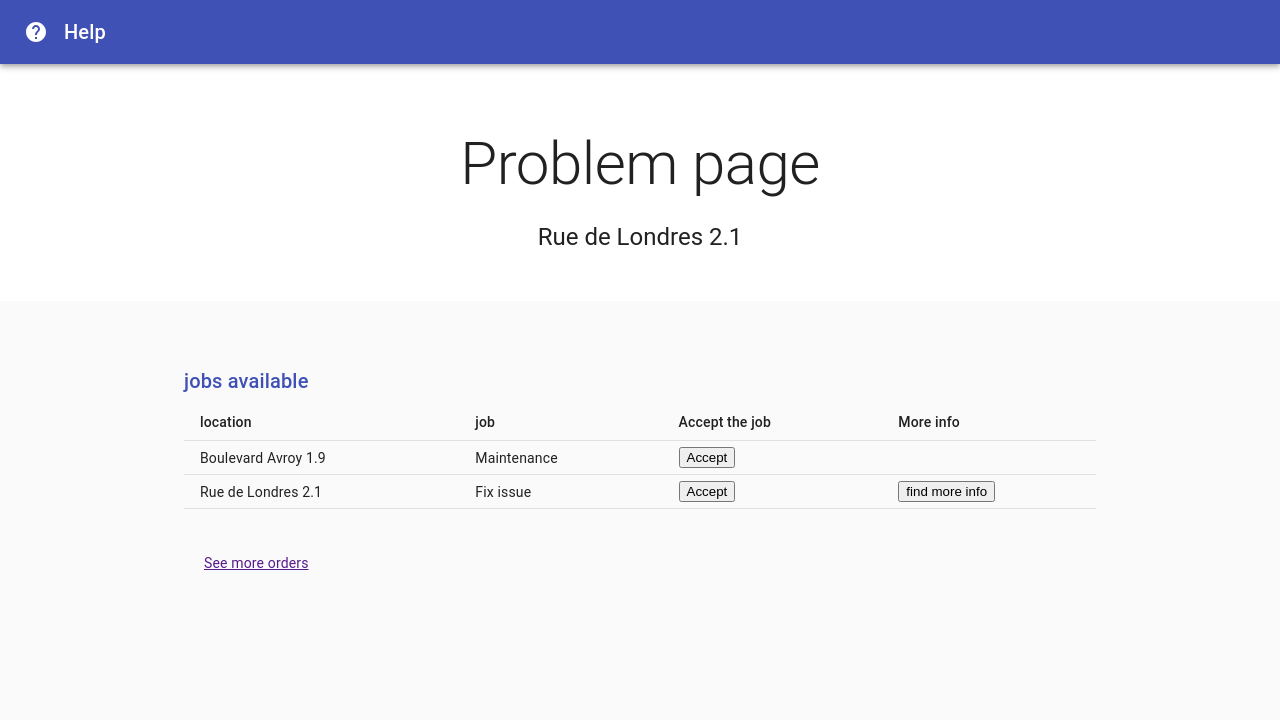
Repository: sapbrussels/intelligenthighway_webapp
Page: /Problempage (app in router/)
The author's editor kept a copy of each file at every save. The page is drawn from the files as they stood at one save, then again after the next save.
The browser window is 1280 px wide. The pictures show the whole page.
The project was rebuilt for these pictures with package versions that can differ from the ones it lists, and the page was loaded fresh each time. Also part of the build but not shown: router/src/App.css, router/src/Login.js, router/src/Maps.js, router/src/Jobspage.js, router/src/Direction.js, router/src/Maintenance.js, router/src/Help.js.

Above is the page before, as saved 2020-03-31 14:24:23.

### router/src/App.js
import React from 'react';
import {BrowserRouter, Route, Switch} from "react-router-dom";
import './App.css';
import Login from './Login';
import Jobspage from'./Jobspage';
import Maintenance from './Maintenance';
import Help from './Help';
import Problempage from './Problempage';

function App() {
  return (
    <BrowserRouter>
    <Switch>
     <Route path='/' exact component={Login}/>
     <Route path='/Jobspage' exact component={Jobspage}/>
     <Route path='/Maintenance' exact component={Maintenance}/>
     <Route path='/Help' exact component={Help}/>
     <Route path='/Problempage' exact component={Problempage}/>
     </Switch>
    </BrowserRouter>

  );
}

export default App;

### router/src/Problempage.js
import React from 'react';
import AppBar from '@material-ui/core/AppBar';
import Button from '@material-ui/core/Button';
import HelpIcon from '@material-ui/icons/Help';
import Card from '@material-ui/core/Card';
import { Link } from "react-router-dom";
import CardActions from '@material-ui/core/CardActions';
import CardContent from '@material-ui/core/CardContent';
import CardMedia from '@material-ui/core/CardMedia';
import CssBaseline from '@material-ui/core/CssBaseline';
import Grid from '@material-ui/core/Grid';
import Toolbar from '@material-ui/core/Toolbar';
import Typography from '@material-ui/core/Typography';
import { makeStyles } from '@material-ui/core/styles';
import Container from '@material-ui/core/Container';
import SensorData from './SensorData';


const useStyles = makeStyles((theme) => ({
  icon: {
    marginRight: theme.spacing(2),
  },
  heroContent: {
    backgroundColor: theme.palette.background.paper,
    padding: theme.spacing(8, 0, 6),
  },
  heroButtons: {
    marginTop: theme.spacing(4),
  },
  cardGrid: {
    paddingTop: theme.spacing(8),
    paddingBottom: theme.spacing(8),
  },
  card: {
    height: '100%',
    display: 'flex',
    flexDirection: 'column',

  },
  cardMedia: {
    paddingTop: '100%', // 16:9
  },
  cardContent: {
    flexGrow: 1,
  },
  footer: {
    backgroundColor: theme.palette.background.paper,
    padding: theme.spacing(6),
  },
}));



export default function Album() {
  const classes = useStyles();

  return (
    <React.Fragment>
      <CssBaseline />
      <AppBar position="relative">
        <Toolbar>
          <HelpIcon className={classes.icon} />
          <Typography variant="h6" color="inherit" noWrap>
            Help
          </Typography>
        </Toolbar>
      </AppBar>
      <main>
        {/* Hero unit */}
        <div className={classes.heroContent}>
          <Container maxWidth="sm">
            <Typography component="h1" variant="h2" align="center" color="textPrimary" gutterBottom>
              Problem page
            </Typography>

              <Grid container spacing={2} justify="center">
                <Grid item>
                <Typography variant="h5">
                 Rue de Londres 2.1
                </Typography>
                </Grid>
              </Grid>

          </Container>
        </div>
        <Container className={classes.cardGrid} maxWidth="md">
          {/* End hero unit */}
            <Grid container spacing={2}>
            <Grid item xs={12} >
                <SensorData/>
              </Grid>
            </Grid>
          </Container>
      </main>
    </React.Fragment>
  );
}

### router/src/listItems.js
import React from 'react';
import ListItem from '@material-ui/core/ListItem';
import ListItemIcon from '@material-ui/core/ListItemIcon';
import ListItemText from '@material-ui/core/ListItemText';
import DashboardIcon from '@material-ui/icons/Dashboard';
import ShoppingCartIcon from '@material-ui/icons/ShoppingCart';
import PeopleIcon from '@material-ui/icons/People';
import { Link } from "react-router-dom";

export const mainListItems = (
  <div>
        <ListItem >
          <ListItemIcon>
            <DashboardIcon />
          </ListItemIcon>
          <ListItemText  primary="jobs page" />
        </ListItem>
      <Link to='/Maintenance'>
          <ListItem button>
          <ListItemIcon>
            <ShoppingCartIcon />
          </ListItemIcon>
          <ListItemText primary="History" />
        </ListItem></Link>
      <Link to='/Help'>
          <ListItem button>
          <ListItemIcon>
            <PeopleIcon />
          </ListItemIcon>
          <ListItemText primary="help" />
        </ListItem></Link>
  </div>
);

### router/src/LightStatus.js
import React from 'react';
import Link from '@material-ui/core/Link';
import { makeStyles } from '@material-ui/core/styles';
import Table from '@material-ui/core/Table';
import TableBody from '@material-ui/core/TableBody';
import TableCell from '@material-ui/core/TableCell';
import TableHead from '@material-ui/core/TableHead';
import TableRow from '@material-ui/core/TableRow';
import Rectangle from 'react-rectangle';
import Title from './Title';



// Generate Order Data
function createData(id, street_light, status,light) {
  return { street_light, status, light};
}

const rows = [
  createData(0, 'Boulevard Avroy 1.9', 'ON', <Rectangle aspectRatio={[3,3]}>
  <div style={{ background: '#008000',  width: '40%', height: '40%' }} />
</Rectangle>),
  createData(1, 'Rue de Londres 2.1', 'OFF',<Rectangle aspectRatio={[3,3]}>
  <div style={{ background: '#FFFFFF', width: '40%', height: '40%' }} />
</Rectangle>),
  createData(2, 'Rue de Londres 2.3', 'X',<Rectangle aspectRatio={[3,3]}>
  <div style={{ background: '#FF0000', width: '40%', height: '40%' }} />
</Rectangle>),
];

function preventDefault(event) {
  event.preventDefault();
}

const useStyles = makeStyles((theme) => ({
  seeMore: {
    marginTop: theme.spacing(3),
    padding: '20px',
    borderRadius:'10px',
  },
}));

export default function LightStatus() {
  const classes = useStyles();
  return (
    <React.Fragment>
      <Title>Light status</Title>
      <Table size="small">
        <TableHead>
          <TableRow>
            <TableCell>street light</TableCell>
            <TableCell>status</TableCell>
            <TableCell></TableCell>
          </TableRow>
        </TableHead>
        <TableBody>
          {rows.map((row) => (
            <TableRow key={row.id}>
              <TableCell>{row.street_light}</TableCell>
              <TableCell> {row.status}</TableCell>
              <TableCell> {row.light}</TableCell>
            </TableRow>
          ))}
        </TableBody>
      </Table>
      <div className={classes.seeMore}>
        <Link color="primary" href="#" onClick={preventDefault}>
          See more lights
        </Link>
      </div>
    </React.Fragment>
  );
}

### router/src/Jobslist.js
import React from 'react';
import {Link} from 'react-router-dom';
import { makeStyles } from '@material-ui/core/styles';
import Table from '@material-ui/core/Table';
import TableBody from '@material-ui/core/TableBody';
import TableCell from '@material-ui/core/TableCell';
import TableHead from '@material-ui/core/TableHead';
import TableRow from '@material-ui/core/TableRow';
import Title from './Title';

// Generate Order Data
function createData(id, location, job, accept, info) {
  return { id, location, job, accept, info };
}

const rows = [
    createData(0, 'Boulevard Avroy 1.9', 'Maintenance',<Link to="/Maintenance"><button>Accept</button></Link>),
    createData(1, 'Rue de Londres 2.1', 'Fix issue',<button>Accept</button>, <Link to="/Problempage"><button>find more info</button></Link>),
];

function preventDefault(event) {
  event.preventDefault();
}

const useStyles = makeStyles((theme) => ({
  seeMore: {
    marginTop: theme.spacing(3),
    padding: '20px',
    borderRadius:'10px',
  },
}));

    export default function Jobslist() {
    const classes = useStyles();
    return (
        <React.Fragment>
        <Title>jobs available</Title>
        <Table size="small">
            <TableHead>
            <TableRow>
                <TableCell>location</TableCell>
                <TableCell>job</TableCell>
                <TableCell>Accept the job</TableCell>
                <TableCell>More info</TableCell>
            </TableRow>
            </TableHead>
            <TableBody>
            {rows.map((row) => (
                <TableRow key={row.id}>
                <TableCell>{row.location}</TableCell>
                <TableCell>{row.job}</TableCell>
                <TableCell>{row.accept}</TableCell>
                <TableCell>{row.info}</TableCell>
                </TableRow>
            ))}
            </TableBody>
        </Table>
        <div className={classes.seeMore}>
            <Link color="primary" href="#" onClick={preventDefault}>
            See more orders
            </Link>
        </div>
        </React.Fragment>
    );
}

### router/src/Checklist.js
import React from 'react';
import Link from '@material-ui/core/Link';
import { makeStyles } from '@material-ui/core/styles';
import Table from '@material-ui/core/Table';
import TableBody from '@material-ui/core/TableBody';
import TableCell from '@material-ui/core/TableCell';
import TableHead from '@material-ui/core/TableHead';
import TableRow from '@material-ui/core/TableRow';
import Title from './Title';
import { Checkbox } from '@material-ui/core';

// Generate Order Data
function createData(id, check, tasks) {
  return { id, check, tasks };
}

const rows = [
  createData(0, <Checkbox></Checkbox>,'Turn all switches OFF & ON to stop dust build up'),
  createData(1, <Checkbox></Checkbox>,'turn all circuit-breakers OFF and reset'),
  createData(2, <Checkbox></Checkbox>,'Check for high resistance joints'),
  createData(3, <Checkbox></Checkbox>,'clean PE cell faces then cover to test functionnality'),
  createData(4, <Checkbox></Checkbox>,'check MEN and earthing'),
  createData(0, <Checkbox></Checkbox>,'Luminaire cleaning and inspection'),
  createData(1, <Checkbox></Checkbox>,'Inspect for any sign of vermin damage in the cabinet'),
  createData(2, <Checkbox></Checkbox>,'Remove grafitit on cabinet'),
  createData(3, <Checkbox></Checkbox>,'Trim all trees that interfere with solar-panels and light output of lulinaires'),
  createData(4, <Checkbox></Checkbox>,'Check all support structures for their integreties'),
  createData(3, <Checkbox></Checkbox>,'Installation, maintenance and replacement of post indentification label'),
  createData(4, <Checkbox></Checkbox>,'Installation, maintenace and replacement of supply point indentification labels'),
];


const useStyles = makeStyles((theme) => ({
  seeMore: {
    marginTop: theme.spacing(3),

  },
}));

export default function Orders() {
  const classes = useStyles();
  return (
    <React.Fragment>
      <Title>Maintenance checklist</Title>
      <Table size="small">
        <TableHead>
          <TableRow>
            <TableCell></TableCell>
            <TableCell>tasks</TableCell>

          </TableRow>
        </TableHead>
        <TableBody>
          {rows.map((row) => (
            <TableRow key={row.id}>
              <TableCell>{row.check}</TableCell>
              <TableCell>{row.tasks}</TableCell>
            </TableRow>
          ))}
        </TableBody>
      </Table>
      <div className={classes.seeMore}>
        <Link><button>Finished</button></Link>
      </div>
    </React.Fragment>
  );
}

### router/src/SensorData.js
import React from 'react';
import {Link} from 'react-router-dom';
import { makeStyles } from '@material-ui/core/styles';
import Table from '@material-ui/core/Table';
import TableBody from '@material-ui/core/TableBody';
import TableCell from '@material-ui/core/TableCell';
import TableHead from '@material-ui/core/TableHead';
import TableRow from '@material-ui/core/TableRow';
import Title from './Title';

// Generate Order Data
function createData(id, location, job, accept, info) {
  return { id, location, job, accept, info };
}

const rows = [
    createData(0, 'Boulevard Avroy 1.9', 'Maintenance',<Link to="/Maintenance"><button>Accept</button></Link>),
    createData(1, 'Rue de Londres 2.1', 'Fix issue',<button>Accept</button>, <Link to="/Problempage"><button>find more info</button></Link>),
];

function preventDefault(event) {
  event.preventDefault();
}

const useStyles = makeStyles((theme) => ({
  seeMore: {
    marginTop: theme.spacing(3),
    padding: '20px',
    borderRadius:'10px',
  },
}));

    export default function Jobslist() {
    const classes = useStyles();
    return (
        <React.Fragment>
        <Title>jobs available</Title>
        <Table size="small">
            <TableHead>
            <TableRow>
                <TableCell>location</TableCell>
                <TableCell>job</TableCell>
                <TableCell>Accept the job</TableCell>
                <TableCell>More info</TableCell>
            </TableRow>
            </TableHead>
            <TableBody>
            {rows.map((row) => (
                <TableRow key={row.id}>
                <TableCell>{row.location}</TableCell>
                <TableCell>{row.job}</TableCell>
                <TableCell>{row.accept}</TableCell>
                <TableCell>{row.info}</TableCell>
                </TableRow>
            ))}
            </TableBody>
        </Table>
        <div className={classes.seeMore}>
            <Link color="primary" href="#" onClick={preventDefault}>
            See more orders
            </Link>
        </div>
        </React.Fragment>
    );
}

### router/src/CommunityData.js
import React from 'react';
import {Link} from 'react-router-dom';
import { makeStyles } from '@material-ui/core/styles';
import Table from '@material-ui/core/Table';
import TableBody from '@material-ui/core/TableBody';
import TableCell from '@material-ui/core/TableCell';
import TableHead from '@material-ui/core/TableHead';
import TableRow from '@material-ui/core/TableRow';
import Title from './Title';

// Generate Order Data
function createData(id, location, job, accept, info) {
  return { id, location, job, accept, info };
}

const rows = [
    createData(0, 'Boulevard Avroy 1.9', 'Maintenance',<Link to="/Maintenance"><button>Accept</button></Link>),
    createData(1, 'Rue de Londres 2.1', 'Fix issue',<button>Accept</button>, <Link to="/Problempage"><button>find more info</button></Link>),
];

function preventDefault(event) {
  event.preventDefault();
}

const useStyles = makeStyles((theme) => ({
  seeMore: {
    marginTop: theme.spacing(3),
    padding: '20px',
    borderRadius:'10px',
  },
}));

    export default function Jobslist() {
    const classes = useStyles();
    return (
        <React.Fragment>
        <Title>jobs available</Title>
        <Table size="small">
            <TableHead>
            <TableRow>
                <TableCell>location</TableCell>
                <TableCell>job</TableCell>
                <TableCell>Accept the job</TableCell>
                <TableCell>More info</TableCell>
            </TableRow>
            </TableHead>
            <TableBody>
            {rows.map((row) => (
                <TableRow key={row.id}>
                <TableCell>{row.location}</TableCell>
                <TableCell>{row.job}</TableCell>
                <TableCell>{row.accept}</TableCell>
                <TableCell>{row.info}</TableCell>
                </TableRow>
            ))}
            </TableBody>
        </Table>
        <div className={classes.seeMore}>
            <Link color="primary" href="#" onClick={preventDefault}>
            See more orders
            </Link>
        </div>
        </React.Fragment>
    );
}

Loaded but not shown: router/public/index.html (common file); router/src/index.js (common file); router/src/index.css (common file); router/src/serviceWorker.js (common file); router/src/Title.js (common file)

After the next save:
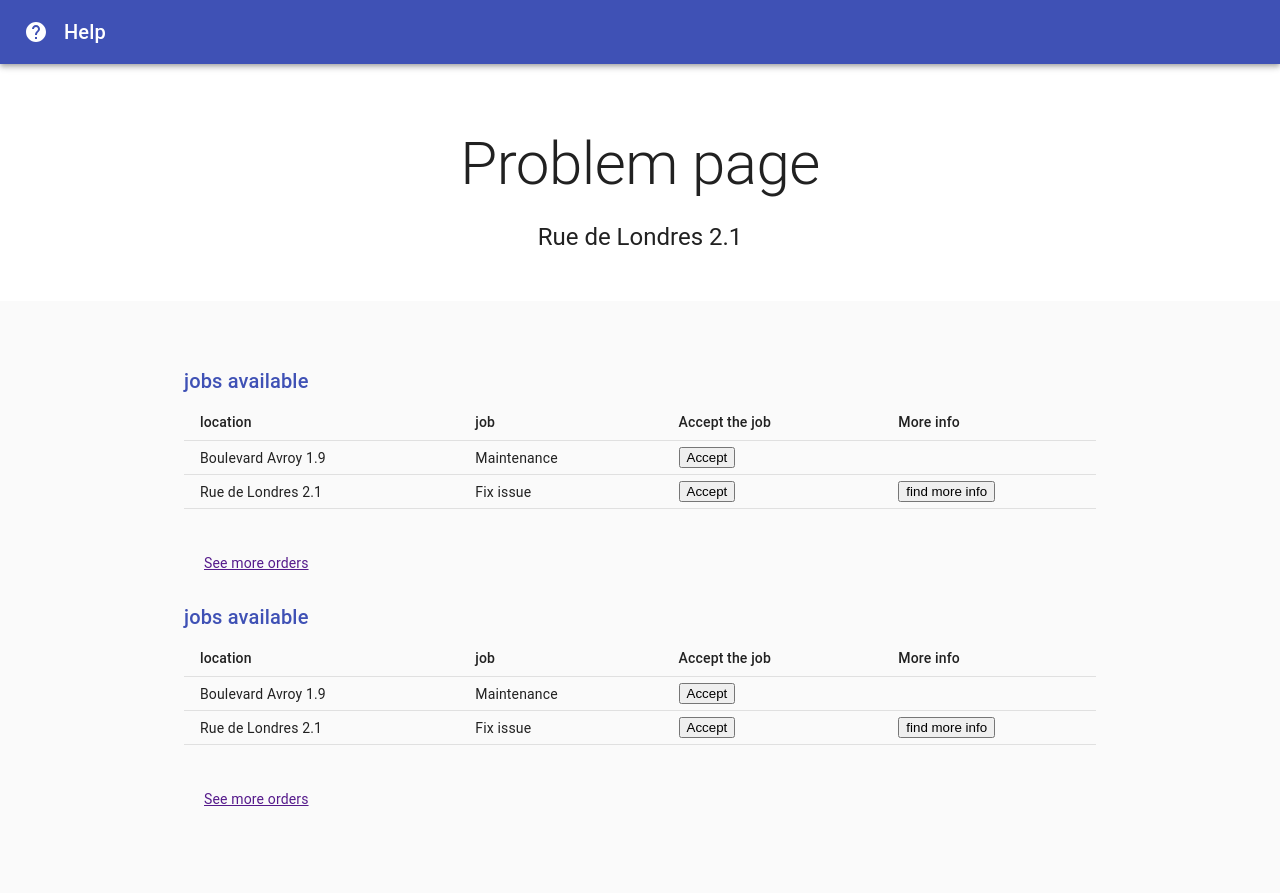
Saved 59 s later.
--- a/router/src/Problempage.js
+++ b/router/src/Problempage.js
@@ -14,7 +14,7 @@ import Typography from '@material-ui/core/Typography';
 import { makeStyles } from '@material-ui/core/styles';
 import Container from '@material-ui/core/Container';
 import SensorData from './SensorData';
-
+ import CommunityData from './CommunityData';
 
 const useStyles = makeStyles((theme) => ({
   icon: {
@@ -90,6 +90,11 @@ export default function Album() {
                 <SensorData/>
               </Grid>
             </Grid>
+            <Grid container spacing={2}>
+            <Grid item xs={12} >
+                <CommunityData/>
+              </Grid>
+            </Grid>
           </Container>
       </main>
     </React.Fragment>
